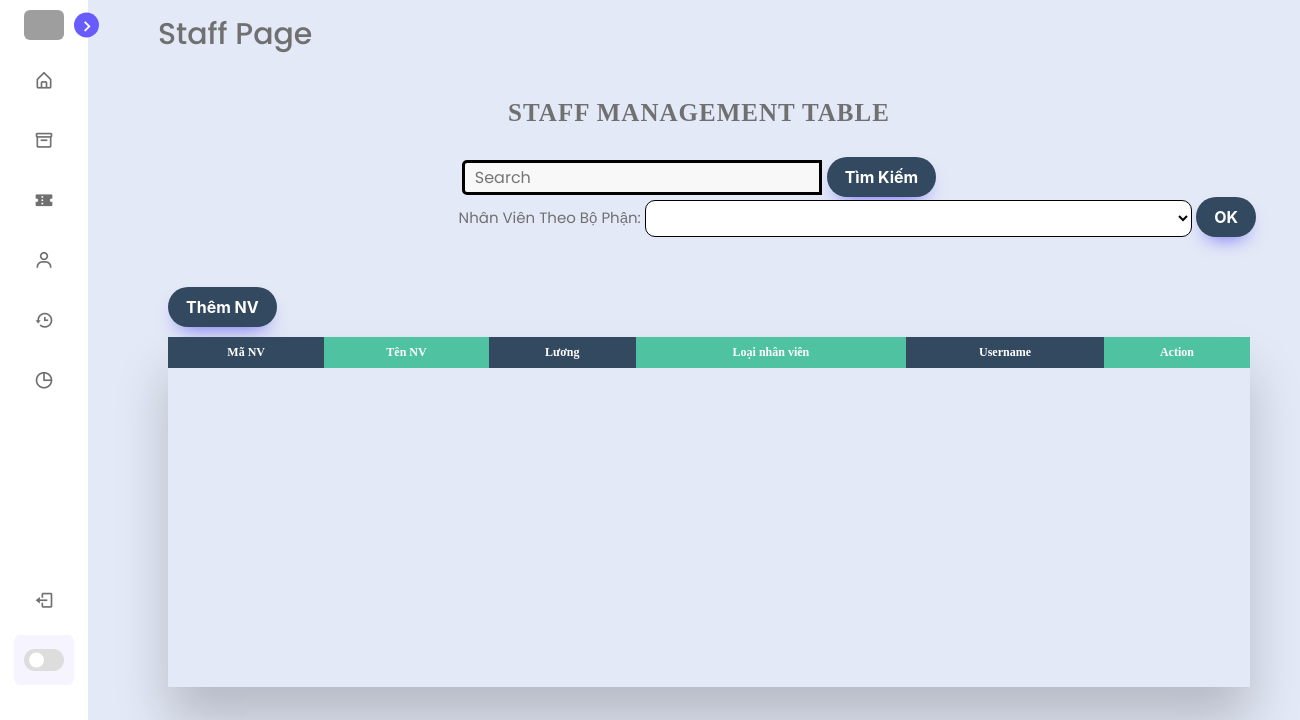
Repository: JeffDaveHudson/CapstoneProject
Page: http://localhost/CapstoneProject/stafflist
The author's editor kept a copy of each file at every save. The page is drawn from the files as they stood at one save, then again after the next save.
The browser window is 1280 px wide. The page is 1300 px wide, so the pictures cover 1300 px, including what lies to the right of the window. The pictures show the whole page.
Pictures or frames that could not be fetched are drawn as grey boxes. The page is served by Tomcat 9. Queries for data that is not in the repository find no rows.

Above is the page before, as saved 2023-05-25 03:21:31.

After the next save:
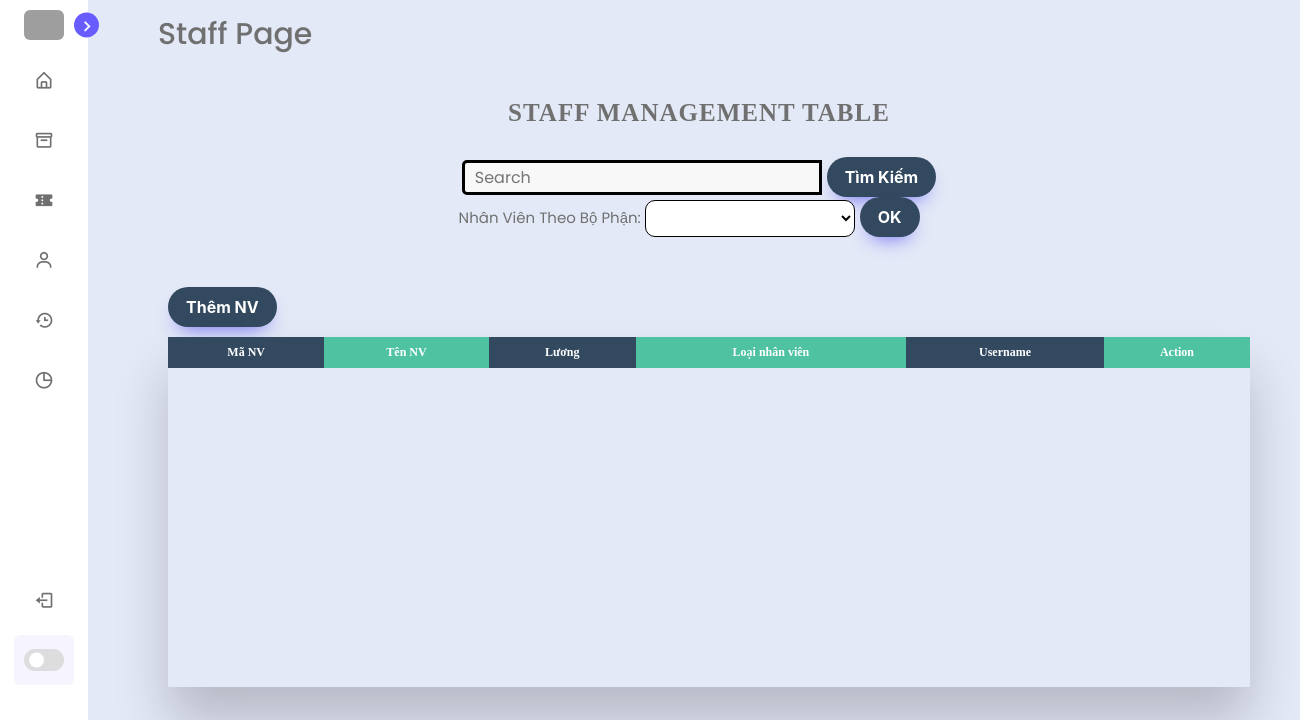
Saved 8 s later.
--- a/CapstoneProject/src/main/webapp/admin/Staff.jsp
+++ b/CapstoneProject/src/main/webapp/admin/Staff.jsp
@@ -31,7 +31,7 @@
 .home .nvtbp form select{
 	padding-top: 7px;
 	padding-bottom: 7px;
-	width: 65%;
+	width: 25%;
 	background-color: #fff;
 	border: 1px solid;
 	border-radius: 10px;
